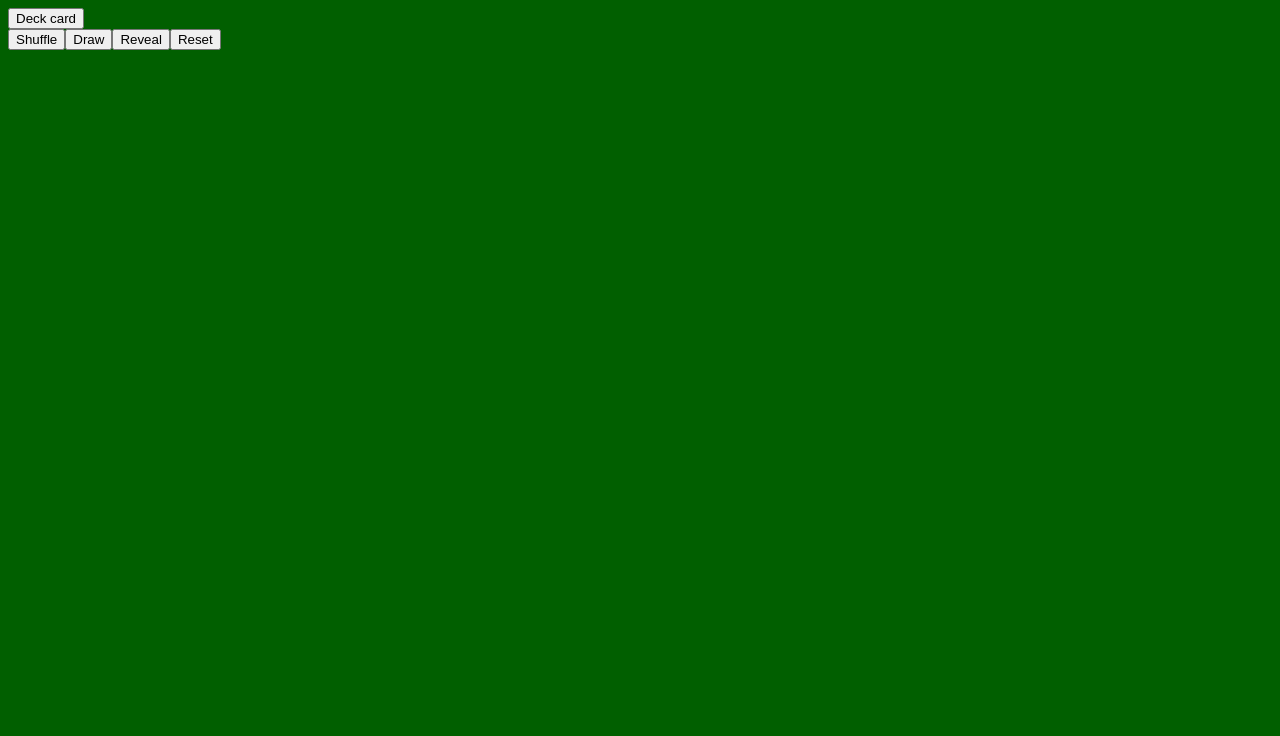
Repository: tiendungjr123/app-baicao
Page: /
An editor plug-in stored every save of this project. The page is shown before and after the next save, followed by the edit.
The browser window is 1280 px wide. The pictures show the whole page.
The project was rebuilt for these pictures with package versions that can differ from the ones it lists, and the page was loaded fresh each time. Also part of the build but not shown: src/index.css.

Above is the page before, as saved 2022-10-10 18:36:55.

### src/index.js
import React from 'react';
import ReactDOM from 'react-dom/client';
import './index.css';
import App from './App';

const root = ReactDOM.createRoot(document.getElementById('root'));
root.render(
   <React.StrictMode>
      <App />
   </React.StrictMode>
);

### src/App.js
import './App.css';
import Table from './Components/table';

function App() {
   return (
      <div className="app">
         <Table/>
      </div>
   );
}

export default App;

### src/App.css
@import './Scss/style.css'

### src/Components/table.jsx
import React from 'react';

const Table = () => {
   return (
      <div className='table'>
         <button className='btn-deck-card'>Deck card</button>
         <div className='btn-action'>
            <button className='btn btn-shuffle'>Shuffle</button>
            <button className='btn btn-draw'>Draw</button>
            <button className='btn btn-reveal'>Reveal</button>
            <button className='btn btn-reset'>Reset</button>
         </div>
      </div>
   );
}

export default Table;

### src/Scss/style.css
body {
  background-color: #015F00;
  height: 100vh;
}/*# sourceMappingURL=style.css.map */

Loaded but not shown: public/index.html (common file)

After the next save:
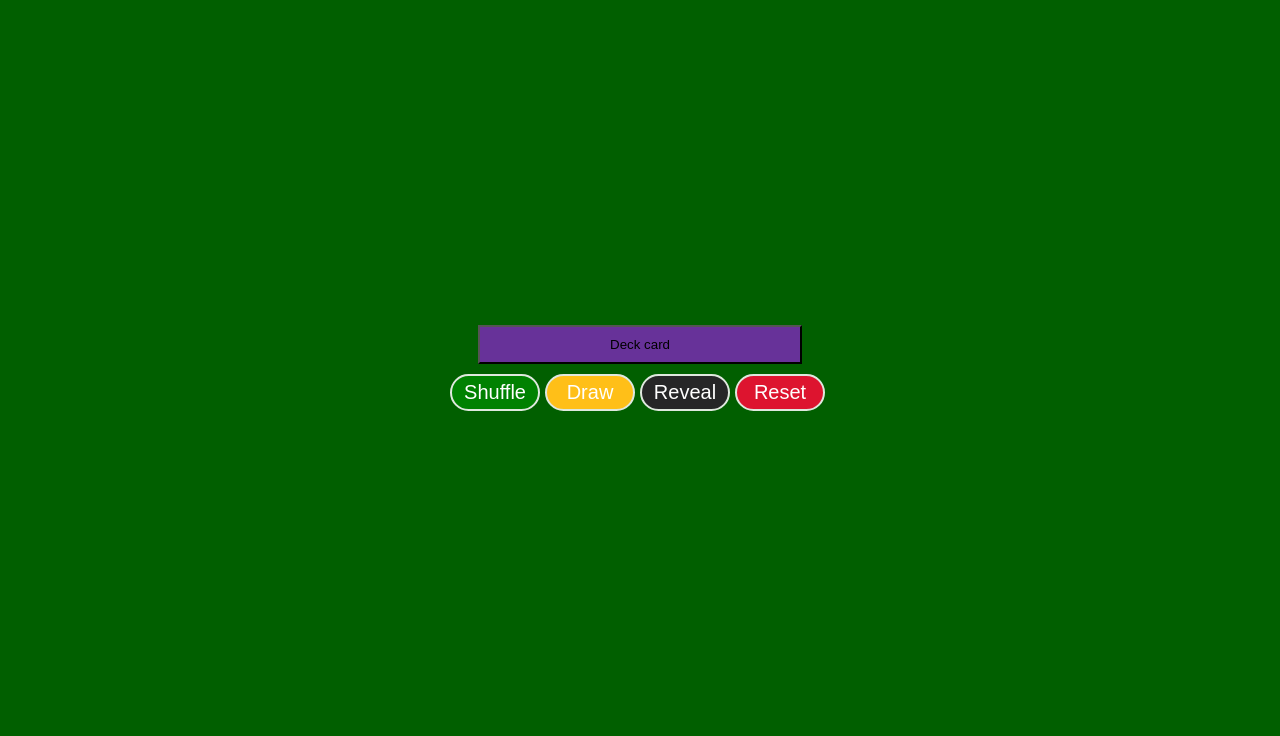
Saved 31 s later.
--- a/src/Scss/style.css
+++ b/src/Scss/style.css
@@ -1,3 +1,40 @@
+.table {
+  height: 100vh;
+  display: flex;
+  justify-content: center;
+  align-items: center;
+  flex-direction: column;
+}
+.table .btn-deck-card {
+
+  background-color: #673299;
+  padding: 10px 130px;
+  margin-bottom: 10px;
+}
+.table .btn-action .btn {
+  border: 2px solid #DFE8DE;
+  border-radius: 20px;
+  color: #fff;
+  font-size: 20px;
+  font-weight: 400;
+  margin-right: 5px;
+  padding: 5px 10px;
+  width: 90px;
+  cursor: pointer;
+}
+.table .btn-action .btn-shuffle {
+  background-color: #008101;
+}
+.table .btn-action .btn-draw {
+  background-color: #FFBF18;
+}
+.table .btn-action .btn-reveal {
+  background-color: #262627;
+}
+.table .btn-action .btn-reset {
+  background-color: #dd142f;
+}
+
 body {
   background-color: #015F00;
   height: 100vh;
